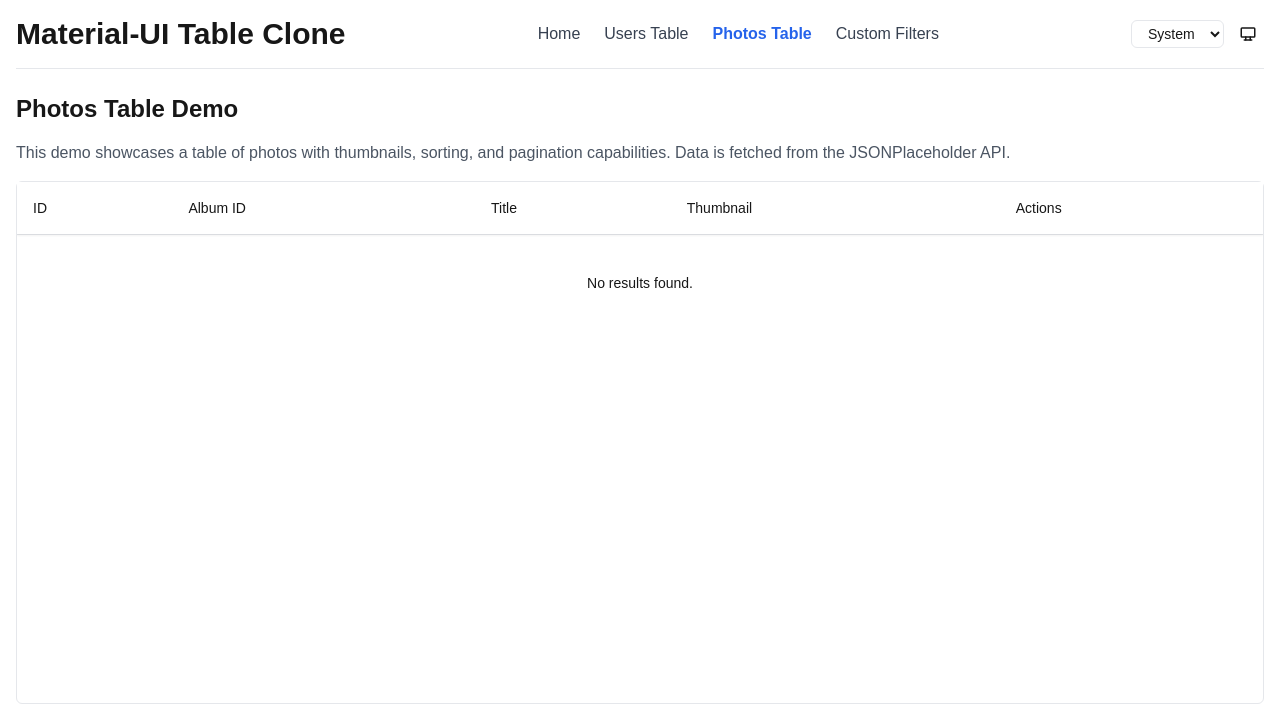
Repository: Dvirco1234/mini-mui-table
Page: /photos
An editor plug-in stored every save of this project. The page is shown before and after the next save, followed by the edit.
The browser window is 1280 px wide. The pictures show the whole page.
The page's requests for data from a server got no answer. The project was rebuilt for these pictures with package versions that can differ from the ones it lists, and the page was loaded fresh each time. The framework's server and built-in components were replaced by stand-ins that run in the browser. No one was signed in, and anything a server would have sent is missing. Also part of the build but not shown: next.config.ts, src/components/ui/table/TableFilters.tsx, src/components/ui/table/TableSorters.tsx.

Above is the page before, as saved 2025-03-03 22:29:44.

After the next save:
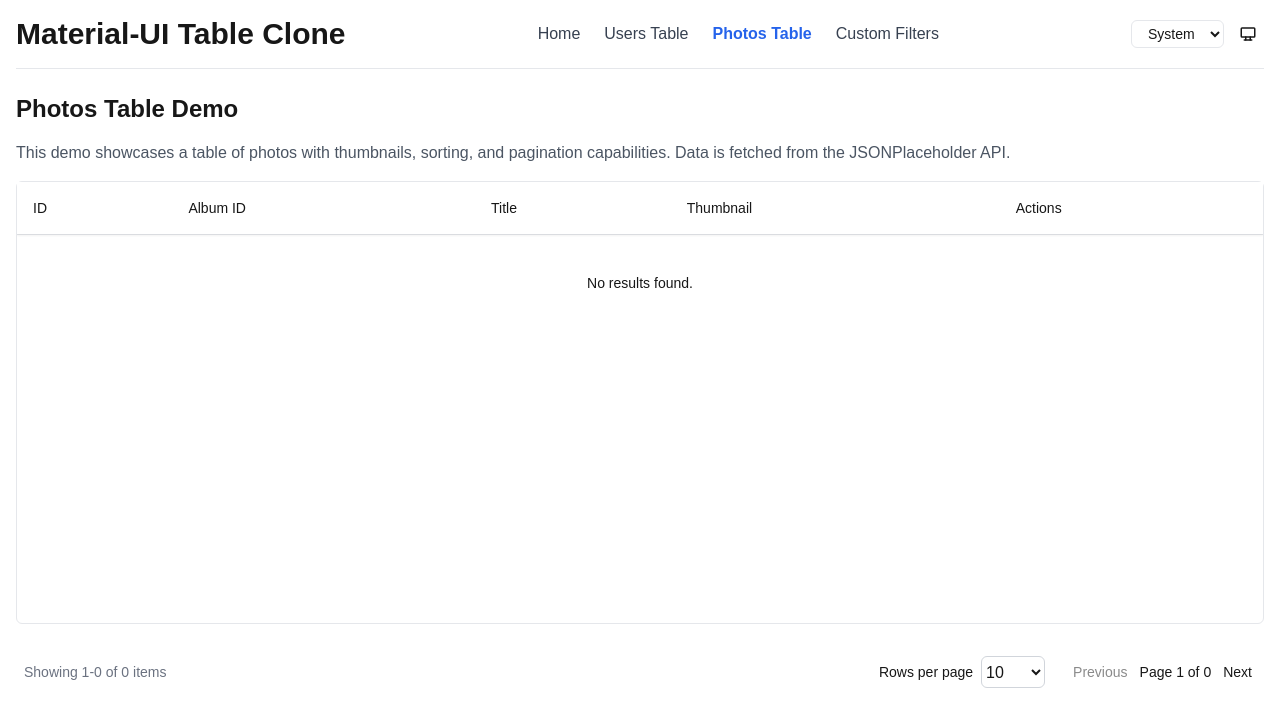
Saved 2 min 28 s later.
--- a/src/components/demo/PhotoTable.tsx
+++ b/src/components/demo/PhotoTable.tsx
@@ -2,12 +2,8 @@
 
 import { useState, useEffect } from "react";
 import { Table } from "@/components/ui/table";
-import { Column, Columns, TableCellParams } from "@/types";
-// import { Button } from "@/components/ui/button";
-// import { Input } from "@/components/ui/input";
-// import { Select } from "@/components/ui/select";
+import { Columns } from "@/types";
 
-// Define the Photo type based on JSONPlaceholder API
 interface Photo {
   id: number;
   albumId: number;
@@ -15,110 +11,6 @@ interface Photo {
   url: string;
   thumbnailUrl: string;
 }
-
-// Custom Pagination Component
-// const CustomPagination = ({
-//   currentPage,
-//   totalPages,
-//   onPageChange,
-// }: {
-//   currentPage: number;
-//   totalPages: number;
-//   onPageChange: (page: number) => void;
-// }) => {
-//   return (
-//     <div className="flex items-center justify-between p-4 bg-gray-50 dark:bg-gray-800 rounded-md mt-4">
-//       <div className="text-sm text-gray-700 dark:text-gray-300">
-//         Page {currentPage} of {totalPages}
-//       </div>
-//       <div className="flex space-x-2">
-//         <Button
-//           variant="outline"
-//           size="sm"
-//           onClick={() => onPageChange(1)}
-//           disabled={currentPage === 1}
-//         >
-//           First
-//         </Button>
-//         <Button
-//           variant="outline"
-//           size="sm"
-//           onClick={() => onPageChange(currentPage - 1)}
-//           disabled={currentPage === 1}
-//         >
-//           Previous
-//         </Button>
-//         <Button
-//           variant="outline"
-//           size="sm"
-//           onClick={() => onPageChange(currentPage + 1)}
-//           disabled={currentPage === totalPages}
-//         >
-//           Next
-//         </Button>
-//         <Button
-//           variant="outline"
-//           size="sm"
-//           onClick={() => onPageChange(totalPages)}
-//           disabled={currentPage === totalPages}
-//         >
-//           Last
-//         </Button>
-//       </div>
-//     </div>
-//   );
-// };
-
-// Custom Filters Component
-// const CustomFilters = ({
-//   onAlbumFilterChange,
-//   onTitleFilterChange,
-//   albumFilter,
-//   titleFilter,
-//   albums,
-// }: {
-//   onAlbumFilterChange: (albumId: string) => void;
-//   onTitleFilterChange: (title: string) => void;
-//   albumFilter: string;
-//   titleFilter: string;
-//   albums: number[];
-// }) => {
-//   return (
-//     <div className="flex flex-col md:flex-row gap-4 p-4 bg-gray-50 dark:bg-gray-800 rounded-md mb-4">
-//       <div className="flex-1">
-//         <label htmlFor="album-filter" className="block text-sm font-medium mb-1">
-//           Filter by Album
-//         </label>
-//         <Select
-//           id="album-filter"
-//           value={albumFilter}
-//           onChange={(e) => onAlbumFilterChange(e.target.value)}
-//           className="w-full"
-//         >
-//           <option value="">All Albums</option>
-//           {albums.map((albumId) => (
-//             <option key={albumId} value={albumId.toString()}>
-//               Album {albumId}
-//             </option>
-//           ))}
-//         </Select>
-//       </div>
-//       <div className="flex-1">
-//         <label htmlFor="title-filter" className="block text-sm font-medium mb-1">
-//           Search by Title
-//         </label>
-//         <Input
-//           id="title-filter"
-//           type="text"
-//           placeholder="Search photos..."
-//           value={titleFilter}
-//           onChange={(e) => onTitleFilterChange(e.target.value)}
-//           className="w-full"
-//         />
-//       </div>
-//     </div>
-//   );
-// };
 
 export function PhotoTable() {
   // State for photos data
@@ -193,6 +85,11 @@ export function PhotoTable() {
     setCurrentPage(page);
   };
 
+  // Handle page size change
+  const handlePageSizeChange = (size: number) => {
+    setPageSize(size);
+  };
+
   // Define columns for the table
   const columns: Columns<Photo> = [
     { id: "id", label: "ID", sortable: true },
@@ -230,16 +127,20 @@ export function PhotoTable() {
     },
   ];
 
-  // Calculate total pages
-  const totalPages = Math.ceil(filteredPhotos.length / pageSize);
-
   return (
-    <Table<Photo>
+    <Table
       data={getCurrentPageData()}
       columns={columns}
       loading={loading}
-      // Disable built-in pagination since we're using custom
-      pagination
+      // Pagination props
+      pagination={{
+        currentPage,
+        pageSize,
+        totalItems: filteredPhotos.length,
+        pageSizeOptions: [5, 10, 25, 50],
+        onPageChange: handlePageChange,
+        onPageSizeChange: handlePageSizeChange,
+      }}
       // Style props
       bordered={true}
       className="w-full"
